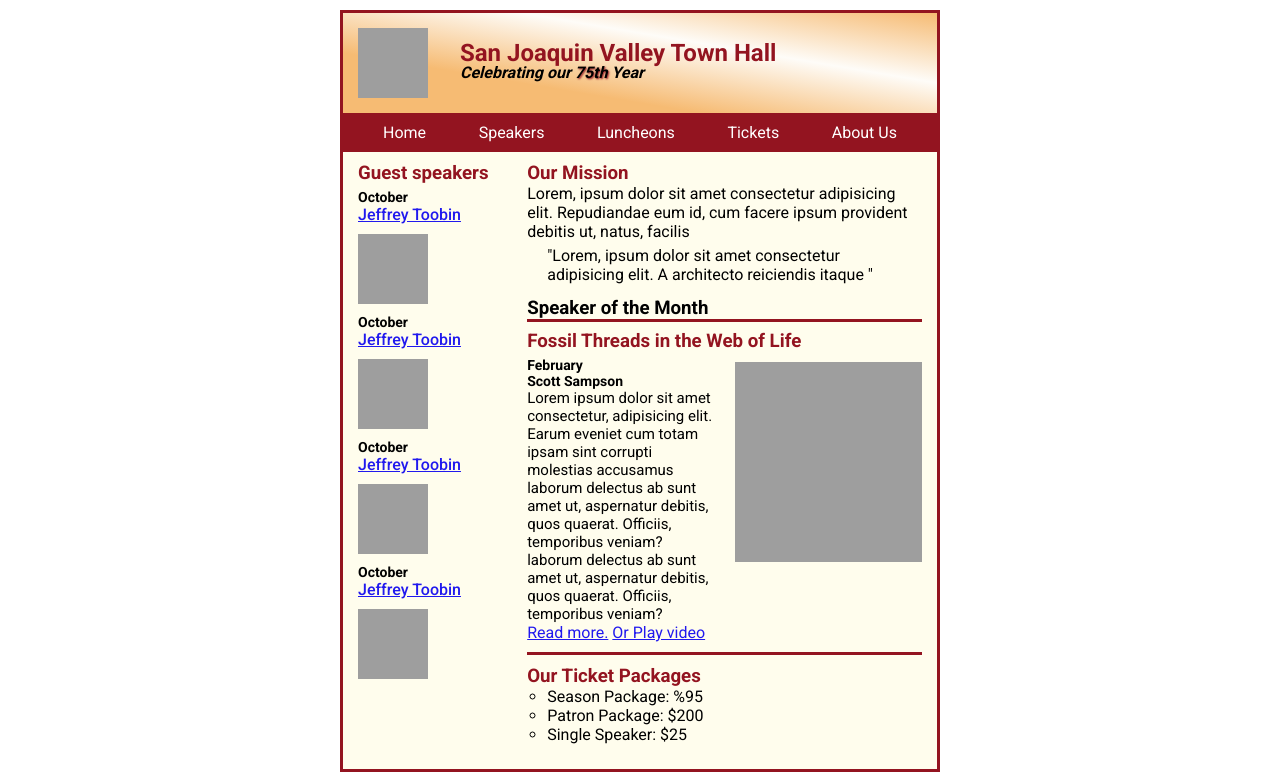
Repository: Mannj-nef/ex-5-6-7-8_IvVettech
Page: index.html
These files come from the project's save history. The page is drawn as it stood at one moment and after the next save; the edit follows.
The browser window is 1280 px wide. The pictures show the whole page.
Pictures or frames that could not be fetched are drawn as grey boxes.

Above is the page before, as saved 2022-03-24 23:14:00.

After the next save:
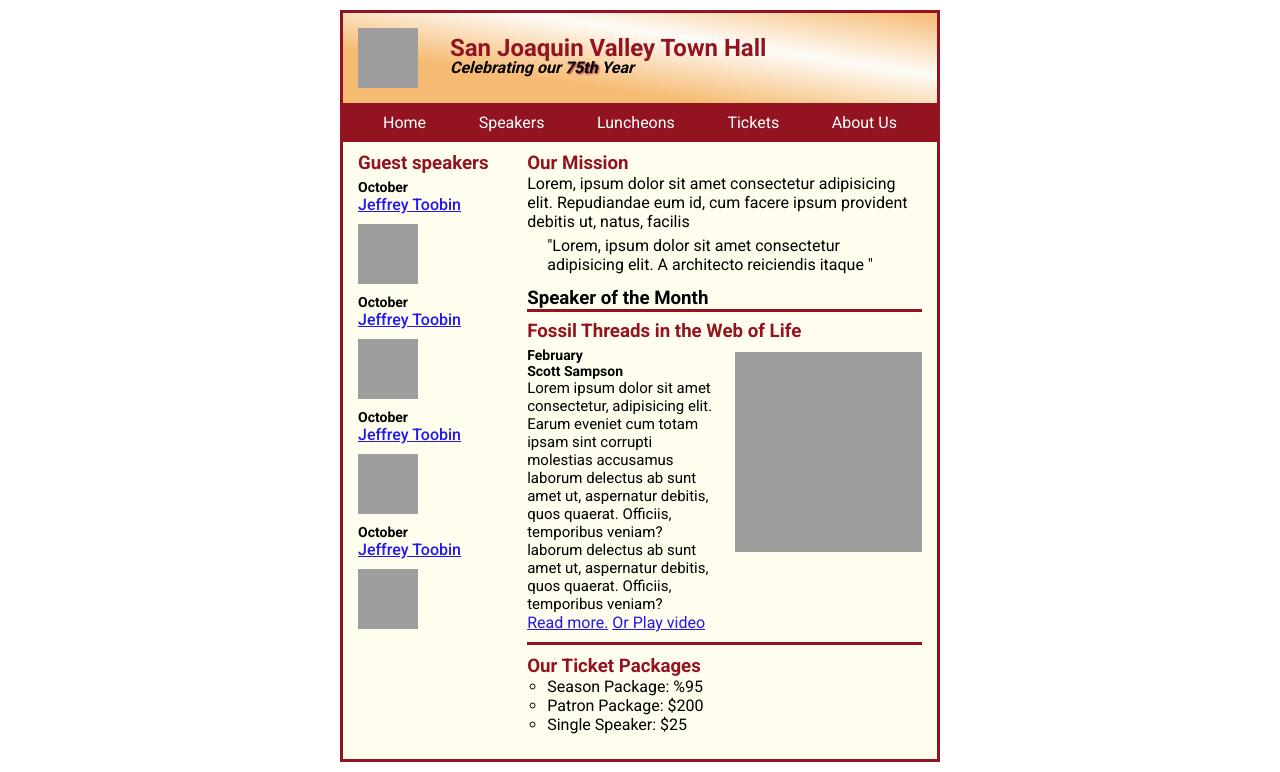
Saved 18 s later.
--- a/Asset/style.css
+++ b/Asset/style.css
@@ -11,7 +11,7 @@ html {
   --white-color: #fff;
   --yellow-color: #ebc700;
   --blue-color: #2119ee;
-  --size: 70px;
+  --size: 60px;
 }
 
 #app {
